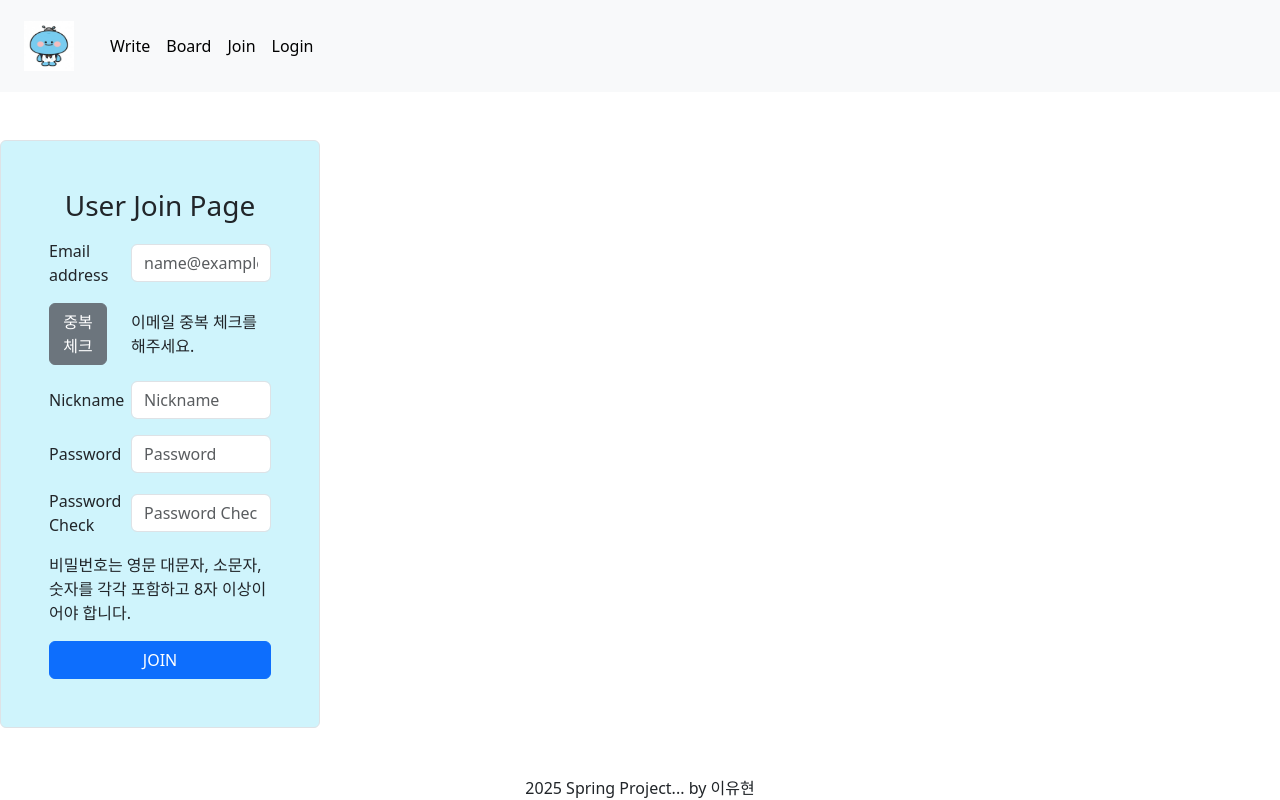
Repository: LeeYouHyeon/6.Spring
Page: http://localhost/spring_project/WEB-INF/views/user/register.jsp
An editor plug-in stored every save of this project. The page is shown before and after the next save, followed by the edit.
The browser window is 1280 px wide. The pictures show the whole page.
The page is served by Tomcat 9. Nobody is signed in. Other server files are loaded and not shown. The template is opened directly, without the code that normally fills it, so the values that code supplies are empty.

Above is the page before, as saved 2025-06-11 05:03:21.
Console error: TypeError: Cannot read properties of null (reading 'addEventListener')

### spring_project/src/main/webapp/WEB-INF/views/user/register.jsp
<%@ page language="java" contentType="text/html; charset=UTF-8" pageEncoding="UTF-8"%>
<%@ include file="../layout/header.jsp"%>
<%@ taglib uri="http://java.sun.com/jsp/jstl/core" prefix="c"%>

<div class="w-25 p-5 border rounded bg-info-subtle my-5">
	<form action="/user/register" method="post" id="registerForm">
		<h3 class="text-center mb-3">User Join Page</h3>
		<div class="mb-3 row align-items-center">
			<div class="col-4">Email address</div>
			<div class="col-8">
				<input type="text"
					class="form-control"
					id="email"
					name="email"
					placeholder="name@example.com"
					required>
			</div>
		</div>
		<div class="mb-3 row align-items-center">
			<div class="col-4">
				<button type="button" id="emailCheckBtn" class="btn btn-secondary">중복 체크</button>
			</div>
			<div class="col-8" id="emailCheckStmt">이메일 중복 체크를 해주세요.</div>
		</div>

		<div class="mb-3 row align-items-center">
			<div class="col-4">Nickname</div>
			<div class="col-8">
				<input type="text"
					class="form-control"
					id="nickName"
					name="nickName"
					placeholder="Nickname"
					required>
			</div>
		</div>

		<div class="mb-3 row align-items-center">
			<div class="col-4">Password</div>
			<div class="col-8">
				<input type="password"
					class="form-control"
					id="pwd"
					name="pwd"
					placeholder="Password">
			</div>
		</div>
	</form>

	<div class="mb-3 row align-items-center">
		<div class="col-4" id="pwdCheckArea">Password Check</div>
		<div class="col-8">
			<input type="password"
				class="form-control"
				id="pwdCheck"
				placeholder="Password Check">
		</div>
	</div>
	<div class="mb-3">비밀번호는 영문 대문자, 소문자, 숫자를 각각 포함하고 8자 이상이어야 합니다.</div>
	<button type="button" class="btn btn-primary w-100" id="joinBtn">JOIN</button>

	<script type="text/javascript" src="/resources/js/userRegister.js"></script>
</div>

<%@ include file="../layout/footer.jsp"%>

### spring_project/src/main/webapp/WEB-INF/views/layout/header.jsp
<%@ page language="java" contentType="text/html; charset=UTF-8" pageEncoding="UTF-8"%>
<%@ taglib uri="http://java.sun.com/jsp/jstl/core" prefix="c" %>
<%@ taglib uri="http://www.springframework.org/security/tags" prefix="sec" %>
<!DOCTYPE html>
<html>
<head>
<meta charset="UTF-8">
<title>Spring Project</title>
<link rel="stylesheet" href="/resources/dist/css/bootstrap.min.css">
<script type="text/javascript" src="/resources/dist/js/bootstrap.bundle.min.js"></script>
</head>
<body>
	<nav class="navbar navbar-expand-lg bg-body-tertiary">
		<div class="container-fluid">
			<nav class="navbar bg-body-tertiary">
				<div class="container">
					<a class="navbar-brand" href="/">
						<img src="/resources/image/logo.jpg" alt="Bootstrap" width="50" height="50">
					</a>
				</div>
			</nav>
			<button class="navbar-toggler"
				type="button"
				data-bs-toggle="collapse"
				data-bs-target="#navbarSupportedContent"
				aria-controls="navbarSupportedContent"
				aria-expanded="false"
				aria-label="Toggle navigation">
				<span class="navbar-toggler-icon"></span>
			</button>
			<div class="collapse navbar-collapse" id="navbarSupportedContent">
				<ul class="navbar-nav me-auto mb-2 mb-lg-0">
					<li class="nav-item">
						<a class="nav-link active" aria-current="page" href="/board/register">Write</a>
					</li>
					<li class="nav-item">
						<a class="nav-link active" aria-current="page" href="/board/list">Board</a>
					</li>
					<sec:authorize access="isAnonymous()">
						<li class="nav-item">
							<a class="nav-link active" aria-current="page" href="/user/register">Join</a>
						</li>
						<li class="nav-item">
							<a class="nav-link active" aria-current="page" href="/user/login">Login</a>
						</li>
					</sec:authorize>
					<sec:authorize access="isAuthenticated()">
						<!-- 인증객체가 만들어진 상태(로그인) -->
						<!-- 인증 객체를 가져오기 => 현재 로그인 정보 : property="principal" -->
						<sec:authentication property="principal" var="pri"/>
						<li class="nav-item">
							<form action="/user/logout" method="post" id="logoutForm">
								<a class="nav-link active" aria-current="page" id="logoutLink">Logout</a>
							</form>
						</li>
						<li class="nav-item">
							<a class="nav-link active" aria-current="page" href="/user/info">UserInfo</a>
						</li>
						<c:if test="${pri.uvo.authList.stream().anyMatch(a -> a.auth.equals('ROLE_ADMIN')).get()}">
						<li class="nav-item">
							<a class="nav-link active" aria-current="page" href="/user/list">UserList</a>
						</li>
						</c:if>
					</sec:authorize>
				</ul>
			</div>
		</div>
	</nav>

	<script type="text/javascript">
		document.getElementById('logoutLink').addEventListener('click', e => {
			  e.preventDefault();
			  document.getElementById('logoutForm').submit();
		});
	</script>

### spring_project/src/main/webapp/WEB-INF/views/layout/footer.jsp
<%@ page language="java" contentType="text/html; charset=UTF-8"
	pageEncoding="UTF-8"%>

<div class="text-center">2025 Spring Project... by 이유현</div>
</body>
</html>

### spring_project/src/main/webapp/resources/js/userRegister.js
/**
 *
 */

const [email, nickName, pwd, pwdCheck, emailArea, feedback, joinBtn, pwdCheckArea] = [
  "email", "nickName", "pwd", "pwdCheck", "emailCheckStmt", "feedback", "joinBtn", "pwdCheckArea"
].map(e => document.getElementById(e));

// 이메일 중복 체크(비동기)
let emailResult = undefined;
email.onchange = setEmailUndefined;
document.getElementById('emailCheckBtn').addEventListener('click', () => {
  const emailValue = email.value;
  if (emailResult != undefined || emailValue == '') return;

  isRegistered(emailValue).then(result => {
    if (result == '0') setEmailSuccess();
    else setEmailFail();
  }).catch(console.log);
});

async function isRegistered(emailValue) {
  try {
    const response = await fetch(`/user/check/${emailValue}`);
    const result = await response.text();
    return result;
  } catch (error) {
    console.log(error);
  }
}

function setEmailUndefined() {
  emailResult = undefined;
  emailArea.innerText = '이메일 중복 체크를 해주세요.';
  emailArea.style.color = 'black';
}
function setEmailSuccess() {
  emailResult = true;
  emailArea.innerText = '사용 가능한 이메일입니다.';
  emailArea.style.color = 'green';
}
function setEmailFail() {
  emailResult = false;
  emailArea.innerText = '사용중인 이메일입니다.';
  emailArea.style.color = 'red';
}

// 비밀번호 확인
let pwdResult = 0;
pwd.onchange = passCheck;
pwdCheck.onchange = passCheck;
function passCheck() {
  const [pwdInput, pwdCheckInput] = [pwd, pwdCheck].map(e => e.value);

  if (pwdInput == '' && pwdCheckInput == '') {
    pwdResult = 0;
    pwdCheckArea.innerText = 'Password Required';
  } else if (pwdInput.length < 8 || !/[a-z]/.test(pwdInput) || !/[A-Z]/.test(pwdInput) || !/[0-9]/.test(pwdInput)) {
    pwdResult = 1;
    pwdCheckArea.innerText = 'Invalid Password';
  } else if (pwdInput != pwdCheckInput) {
    pwdResult = 1;
    pwdCheckArea.innerText = 'Password Match Failed';
  } else {
    pwdResult = 2;
    pwdCheckArea.innerText = 'Valid';
  }

  pwdCheckArea.style.color = ['black', 'red', 'green'][pwdResult];
}

// 최종 제출
joinBtn.onclick = () => {

  if (emailResult != true) email.focus();
  else if (pwdResult < 2) pwd.focus();
  else if (nickName.value == '') nickName.focus();
  else document.getElementById('registerForm').submit();
}

Loaded but not shown: spring_project/src/main/webapp/resources/dist/css/bootstrap.min.css (library); spring_project/src/main/webapp/resources/dist/js/bootstrap.bundle.min.js (library)

After the next save:
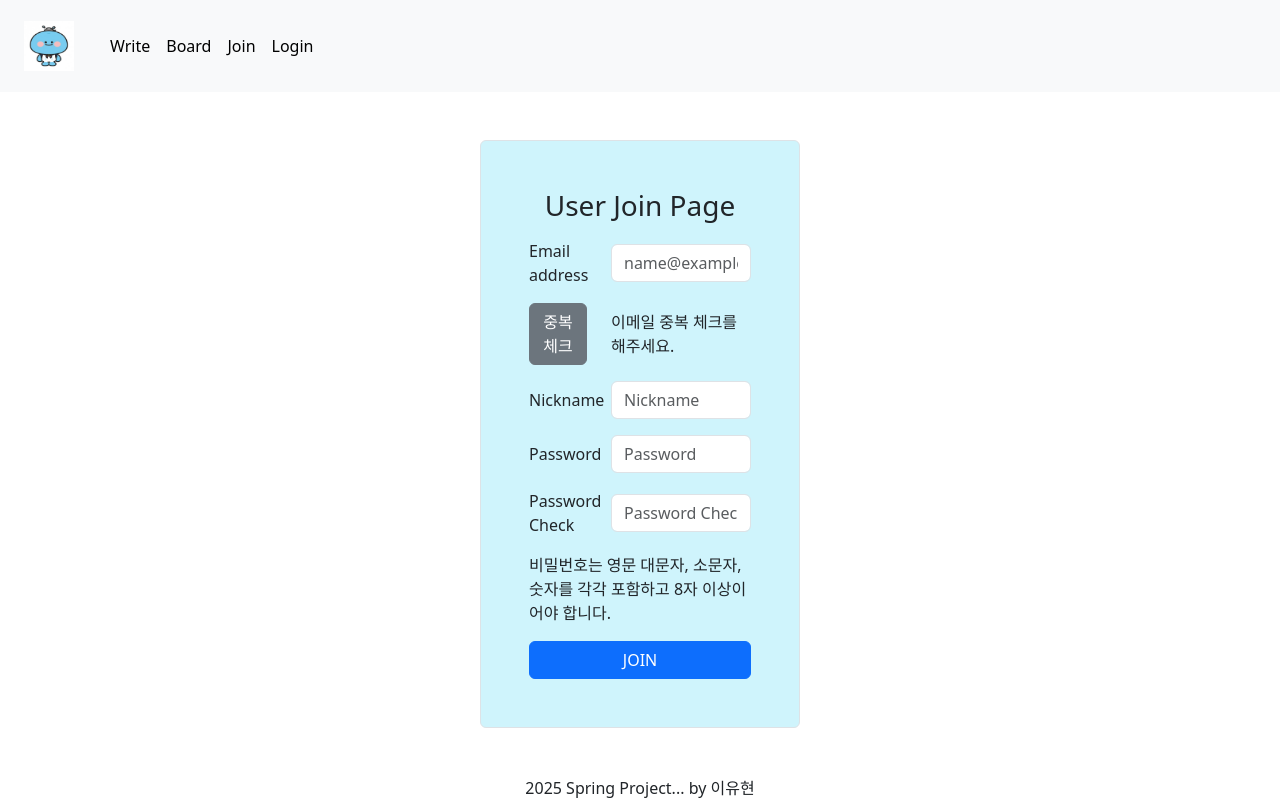
Saved 8 s later.
--- a/spring_project/src/main/webapp/WEB-INF/views/user/register.jsp
+++ b/spring_project/src/main/webapp/WEB-INF/views/user/register.jsp
@@ -2,7 +2,7 @@
 <%@ include file="../layout/header.jsp"%>
 <%@ taglib uri="http://java.sun.com/jsp/jstl/core" prefix="c"%>
 
-<div class="w-25 p-5 border rounded bg-info-subtle my-5">
+<div class="w-25 p-5 border rounded bg-info-subtle mx-auto my-5">
 	<form action="/user/register" method="post" id="registerForm">
 		<h3 class="text-center mb-3">User Join Page</h3>
 		<div class="mb-3 row align-items-center">
